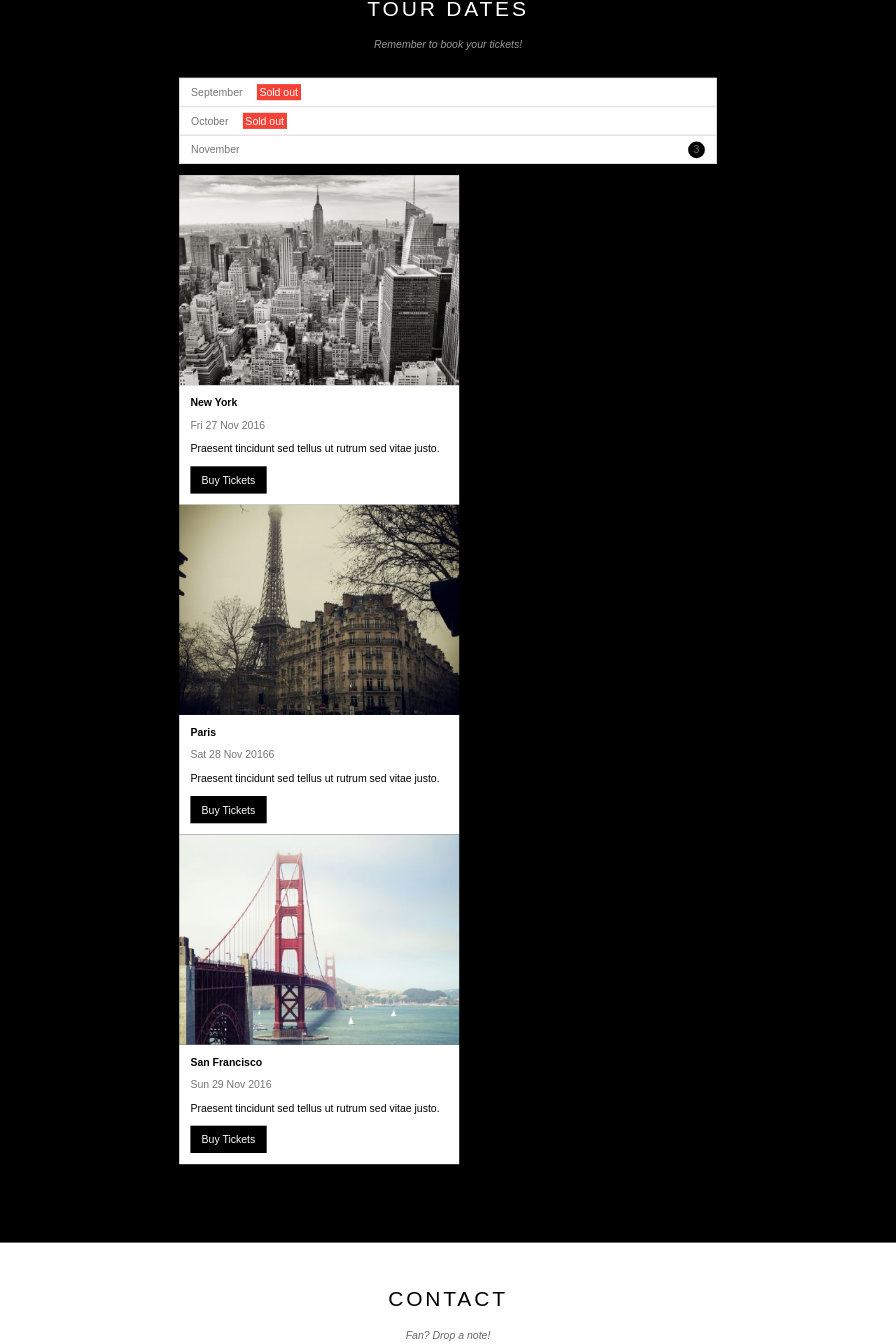
Repository: BrandonTuan777/The_Band
Page: index.html
The author's editor kept a copy of each file at every save. The page is drawn from the files as they stood at one save, then again after a run of saves.
The browser window is 1280 px wide. The pictures show the part of the page from y = 1433 to 3353 px (the page is 4561 px tall before and 3900 px after), at 70% of full size.

Above is the page before, as saved 2022-04-12 21:26:31.

After the next 2 saves:
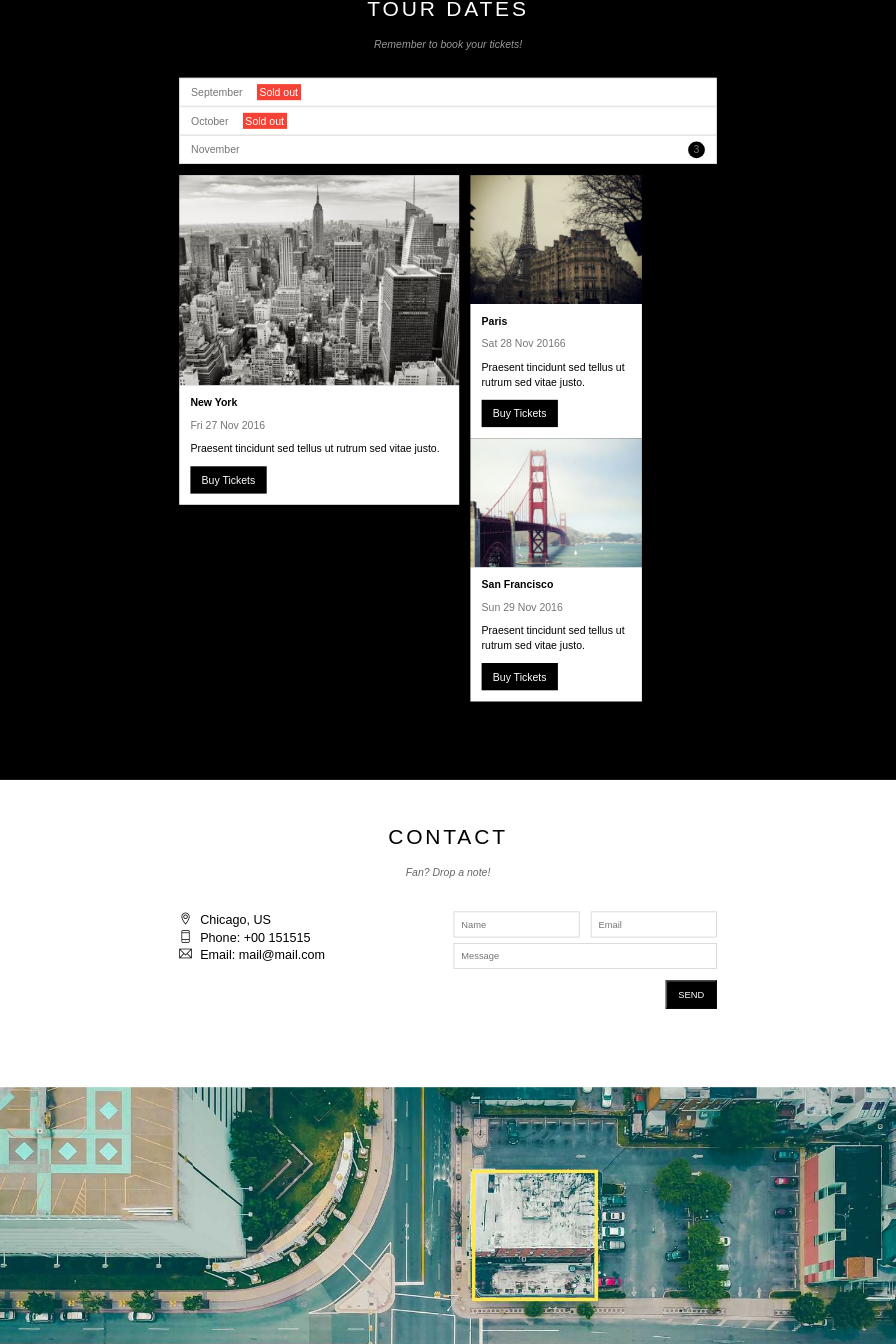
The 2 saves are shown as one change because they came seconds apart.
The last was saved 6 s later.
--- a/index.html
+++ b/index.html
@@ -137,7 +137,7 @@
                   <a href="#" class="btn">Buy Tickets</a>
                 </div>
               </div>
-              <div class="col s-col-fullcol-third">
+              <div class="col s-col-full col-third">
               <img
                   src="./assets/img/places/places2.jpg"
                   alt=""
@@ -152,7 +152,7 @@
                   <a href="#" class="btn">Buy Tickets</a>
                 </div>
               </div>
-              <div class="col s-col-fullcol-third">
+              <div class="col s-col-full col-third">
               <img
                   src="./assets/img/places/places3.jpg"
                   alt=""
